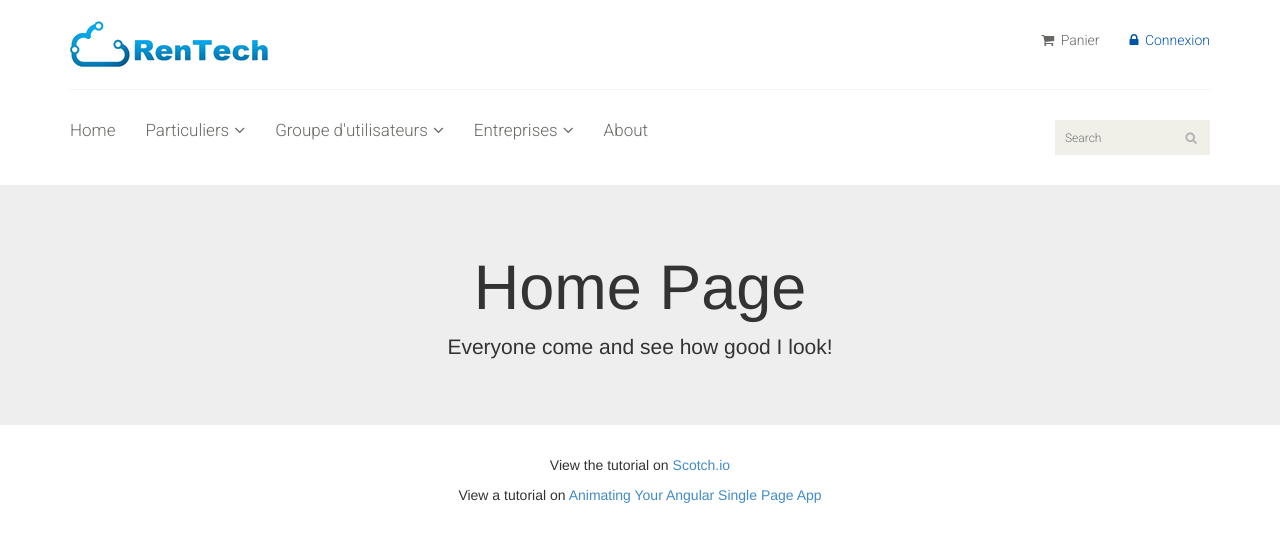
Repository: PaulLabat/RenTech
Page: http://localhost/RenTech/
The author's editor kept a copy of each file at every save. The page is drawn from the files as they stood at one save, then again after the next save.
The browser window is 1280 px wide. The pictures show the whole page.
The page is served by Tomcat 9.

Above is the page before, as saved 2014-10-29 09:18:18.

After the next save:
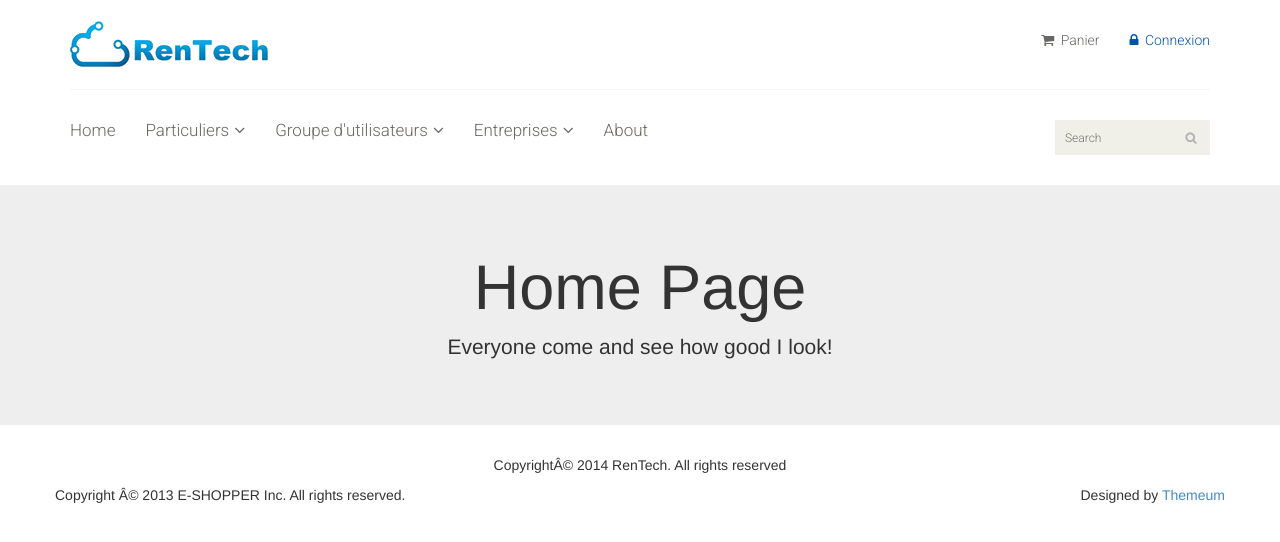
Saved 4 min 22 s later.
--- a/RenTech/WebContent/index.jsp
+++ b/RenTech/WebContent/index.jsp
@@ -100,11 +100,16 @@
   </div>
 
   <footer class="text-center">
-    <p>View the tutorial on <a href="http://scotch.io/tutorials/javascript/single-page-apps-with-angularjs-routing-and-templating">Scotch.io</a></p>
-
-    <p>View a tutorial on <a href="http://scotch.io/tutorials/javascript/animating-angularjs-apps-ngview">Animating Your Angular Single Page App</a></p>
+    <p>Copyright© 2014 RenTech. All rights reserved</p>
   </footer>
-
+  		<div class="footer-bottom">
+			<div class="container">
+				<div class="row">
+					<p class="pull-left">Copyright © 2013 E-SHOPPER Inc. All rights reserved.</p>
+					<p class="pull-right">Designed by <span><a target="_blank" href="http://www.themeum.com">Themeum</a></span></p>
+				</div>
+			</div>
+		</div>
 </body>
 
 </html>
